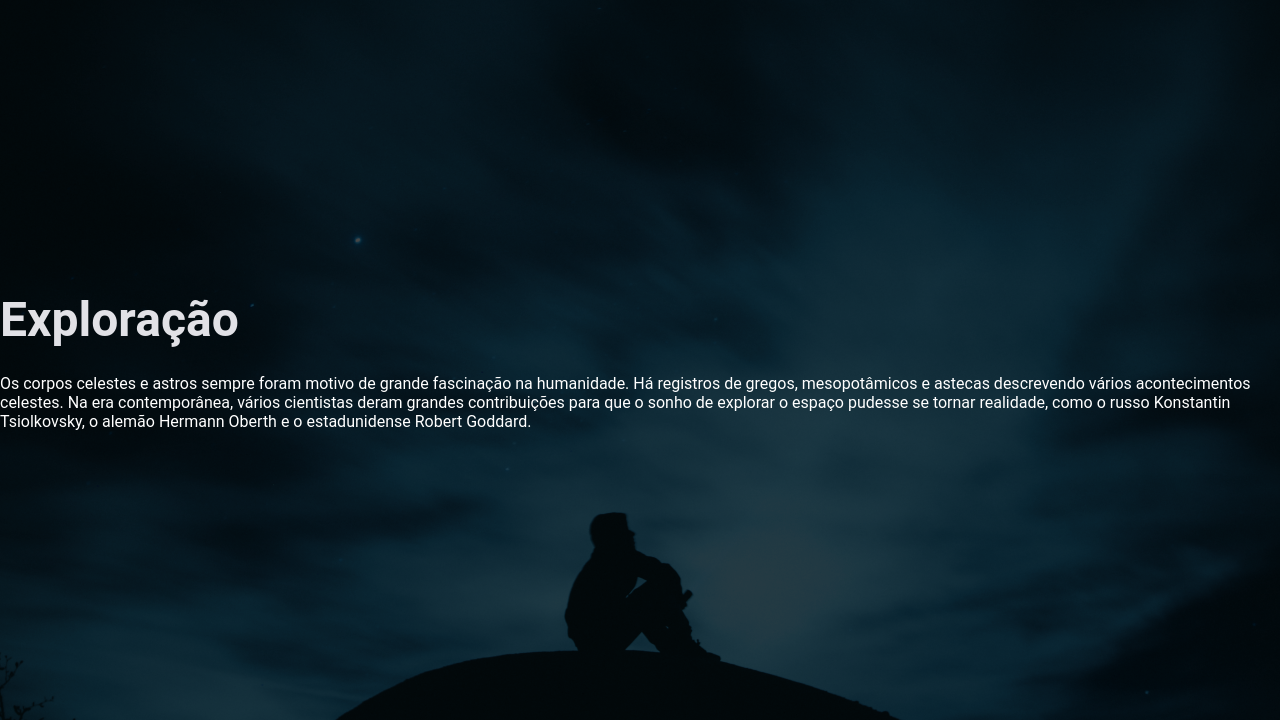
Repository: eltonneiferson/spaUniverse
Page: exploration.html
These files come from the project's save history. The page is drawn as it stood at one moment and after a run of saves; the edit follows.
The browser window is 1280 px wide. The pictures show the whole page.

Above is the page before, as saved 2022-10-26 23:09:40.

### exploration.html
<head>
    <link rel="stylesheet" href="index.css">
</head>

<main id="exploration">
    <h1>Exploração</h1>
    <p>Os corpos celestes e astros sempre foram motivo de grande fascinação na humanidade. Há registros de gregos, mesopotâmicos e astecas descrevendo vários acontecimentos celestes. Na era contemporânea, vários cientistas deram grandes contribuições para que o sonho de explorar o espaço pudesse se tornar realidade, como o russo Konstantin Tsiolkovsky, o alemão Hermann Oberth e o estadunidense Robert Goddard.</p>
</main>

### index.css
* {
    margin: 0;
    padding: 0;
    box-sizing: border-box;
    text-decoration: none;
}

:root {
    --default-font-color: white;
    --font-color-link: #C4C4CC;
    --font-color-h1: #E1E1E6;
    --font-color-hover-button: #02799D;
    --default-font: 'Roboto', sans-serif;
}

body {
    color: var(--default-font-color);
    font-family: var(--default-font);
    display: grid;
    place-content: center;
}

nav {
    padding: 40px 72px;
    display: flex;
    gap: 2rem;
    align-items: center;
    position: fixed;
}

nav a {
    color: var(--font-color-link);
    line-height: 1.37rem;
    font-size: 1.41rem;
}

nav a:hover {
    color: var(--default-font-color);
    font-weight: bold;
}

main {
    width: 100vw;
    min-height: 100vh;
    background-image: url(bkg1.png);
    background-position: bottom;
    background-size: cover;
    display: grid;
    gap: 24px;
    place-content: center;
}

main h1 {
    color: var(--font-color-h1);
    font-size: 48px;
    line-height: 125%;
}

main button {
    cursor: pointer;
    background: none;
    border: 2px solid var(--default-font-color);
    border-radius: 5px;
    padding: 12px 32px;
    color: var(--default-font-color);
    font-family: 'Roboto';
    font-weight: 700;
    font-size: 14px;
    line-height: 24px;
}

main button:hover {
    background: var(--default-font-color);
    color: var(--font-color-hover-button);
}

/*Estilização universe.html*/

main#universe {
    width: 100vw;
    min-height: 100vh;
    background-image: url(bkg2.png);
    background-size: cover;
    background-position: bottom;
    padding-left: 72px;
    display: flex;
    flex-direction: column;
    align-items: flex-start;
    justify-content: center;
}

main#universe p {
    width: 648px;
    font-weight: 400;
    font-size: 18px;
    line-height: 160%;
}

/*Estilização exploration.html*/

main#exploration {
    width: 100vw;
    background-image: url(bkg3.png);
}

After the next 2 saves:
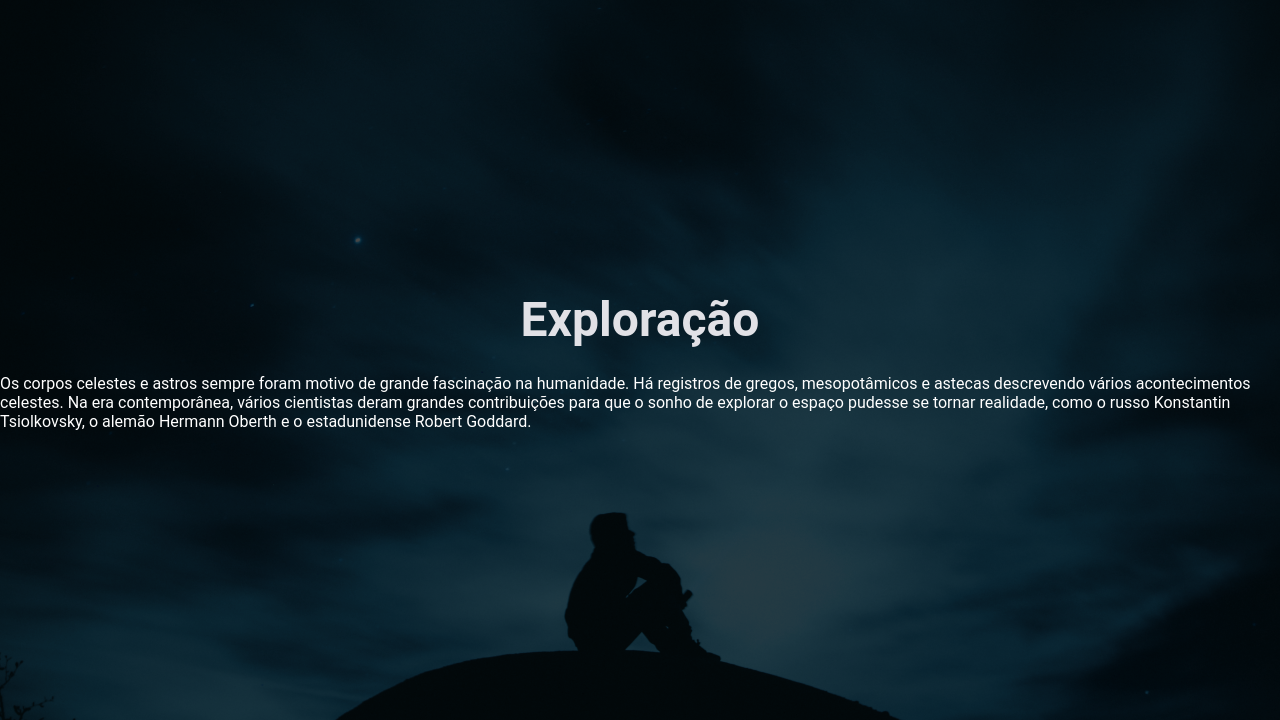
The 2 saves are shown as one change because they came seconds apart.
The last was saved 16 s later.
--- a/index.css
+++ b/index.css
@@ -48,6 +48,7 @@
     display: grid;
     gap: 24px;
     place-content: center;
+    place-items: center;
 }
 
 main h1 {

After the 5 saves that followed:
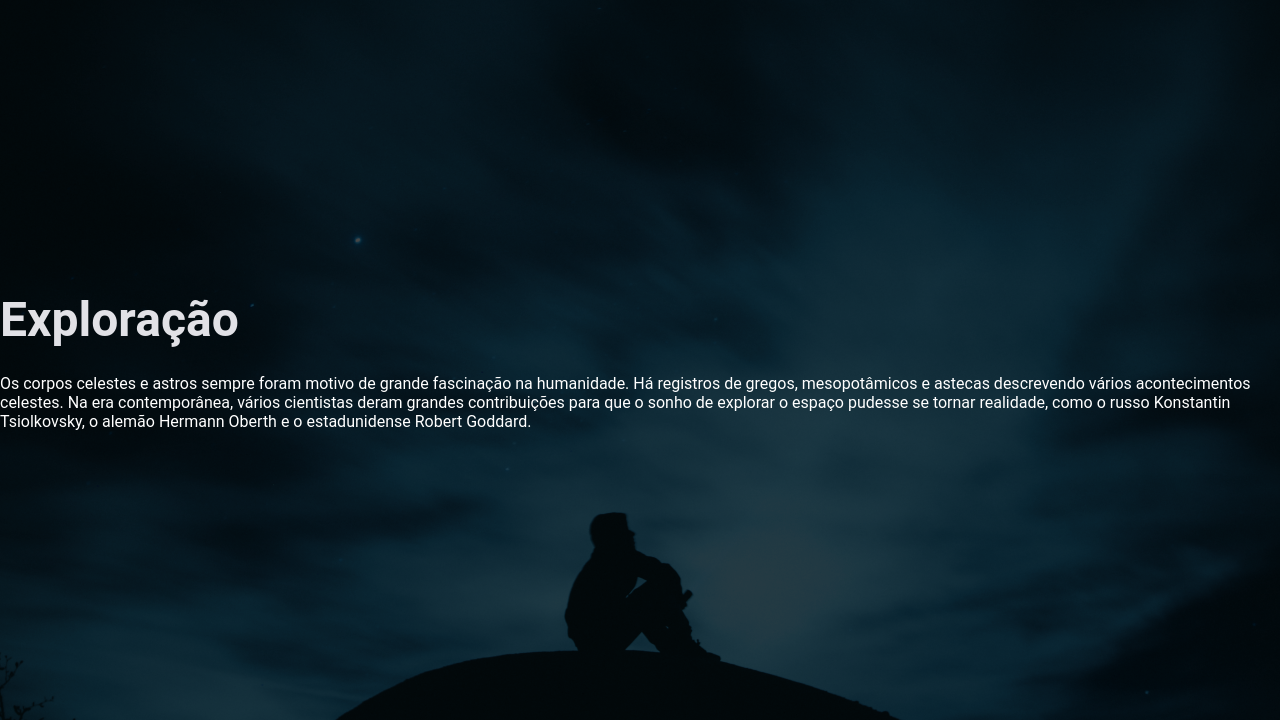
The 5 saves are shown as one change because 2 left the picture as it was and some came seconds apart.
The last was saved 42 s later.
--- a/index.css
+++ b/index.css
@@ -47,8 +47,8 @@
     background-size: cover;
     display: grid;
     gap: 24px;
-    place-content: center;
-    place-items: center;
+    align-content: center;
+    /* place-items: center; */
 }
 
 main h1 {
